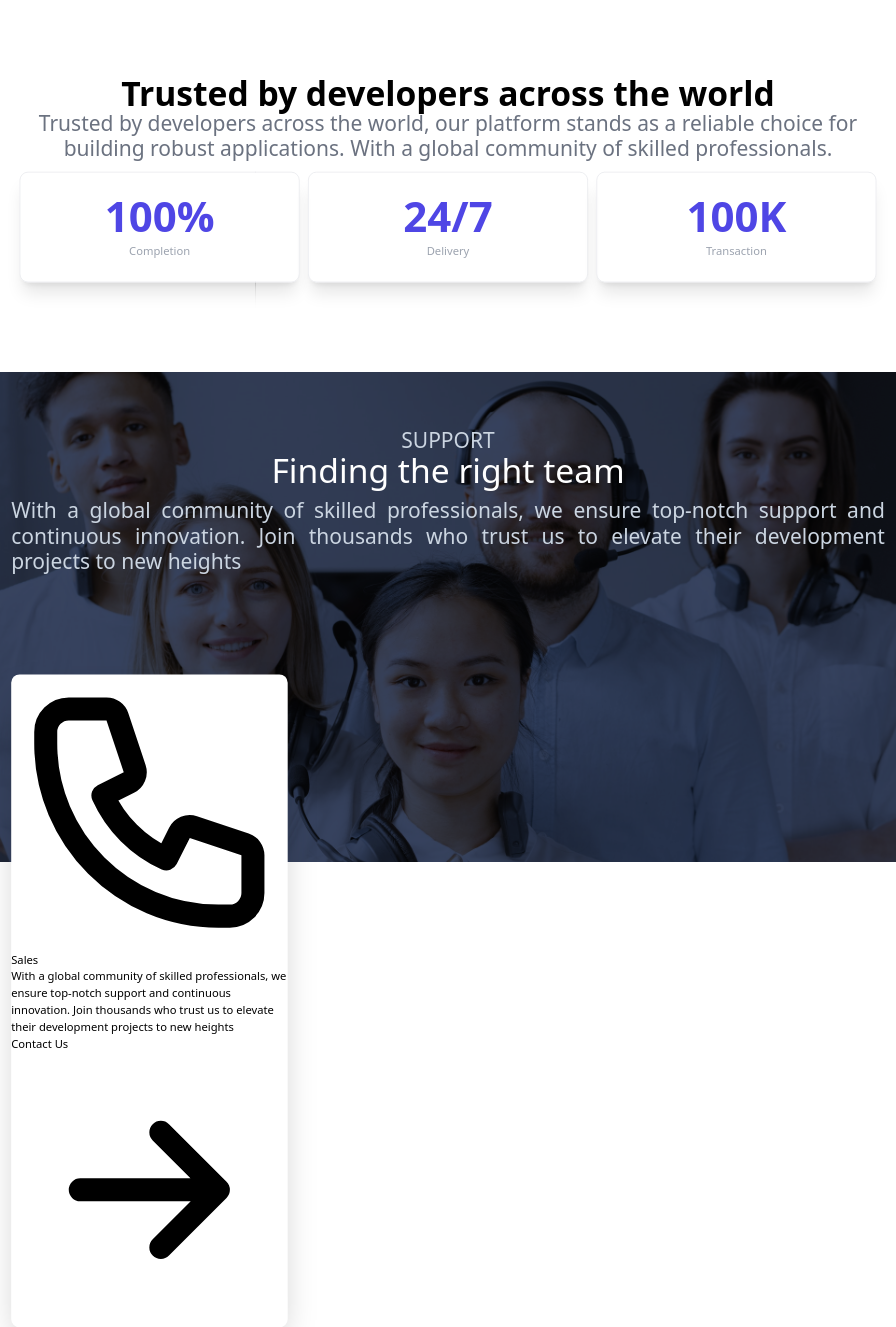
Repository: adrcstro/react-project-2
Page: /
These files come from the project's save history. The page is drawn as it stood at one moment and after the next save; the edit follows.
The browser window is 1280 px wide. The pictures show the part of the page from y = 739 to 2659 px (the page is 2635 px tall before and 2659 px after), at 70% of full size.
The project was rebuilt for these pictures with package versions that can differ from the ones it lists, and the page was loaded fresh each time.

Above is the page before, as saved 2024-08-15 20:31:06.

### src/index.js
import React from 'react';
import ReactDOM from 'react-dom/client';
import './index.css';
import App from './App';

const root = ReactDOM.createRoot(document.getElementById('root'));
root.render(

    <App />

);

### src/index.css
@tailwind base;
@tailwind components;
@tailwind utilities;

@layer base{
    li{
       @apply p-4
    }
    button{
        @apply text-white border bg-indigo-600 border-indigo-600
        hover:bg-transparent hover:text-indigo-600 rounded-md
    }
}

### src/App.js
import About from "./components/About";
import Hero from "./components/Hero";
import Navbar from "./components/Navbar";
import Support from "./components/Support";



function App() {
  return (
    <>
<Navbar/>
<Hero/>
<About />
<Support />
    </>

  );
}

export default App;

### src/components/About.jsx
import React from 'react'

function About() {
  return (
    <div className='w-full my-32'>
        <div className='max-w-[1240px] mx-auto'>
          <div className='text-center'>
            <h2 className='text-5xl font-bold'>Trusted by developers across the world</h2>
            <p className='text-3xl py6 text-gray-500 px-3'>Trusted by developers across the world, our platform stands as a reliable choice for building robust
             applications. With a global community of skilled professionals.</p>
          </div>

          <div className='grid md:grid-cols-3 gap-3 px-2 text-center mt-4'>
             <div className='border py-8 rounded-xl shadow-xl'>
              <p className='text-6xl font-bold text-indigo-600'>100%</p>
              <p className='text-gray-400 mt-2'>Completion</p>
             </div>
             <div className='border py-8 rounded-xl shadow-xl'>
              <p className='text-6xl font-bold text-indigo-600'>24/7</p>
              <p className='text-gray-400 mt-2'>Delivery</p>
             </div>
             <div className='border py-8 rounded-xl shadow-xl'>
              <p className='text-6xl font-bold text-indigo-600'>100K</p>
              <p  className='text-gray-400 mt-2'>Transaction</p>
             </div>
          </div>
        </div>
    </div>
  )
}

export default About

### src/components/Hero.jsx
import React from 'react'
import {
  CloudUploadIcon,
  DatabaseIcon,
  PaperAirplaneIcon,
  ServerIcon,
} from '@heroicons/react/solid'

import bgImg from '../assets/cyber-bg.png'

function Hero() {
  return (
    <div className='w-full h-screen bg-zinc-200 flex flex-col justify-between'>
<div className='grid md:grid-cols-2 max-w-[1240px] m-auto'>
       <div className='flex flex-col justify-center md:items-start w-full px-2 py-8'>
        <p className='text-2xl'>Unique Sequencing & Production</p>
        <h1 className='py-3 text-5xl md:text-7xl font-bold'>Cloud Management</h1>
        <p className='text-2xl'>This is our Tech brand</p>
        <button className='py-3 px-6 sm:w-[60%] my-4 '>Get Started</button>
       </div>
       <div>
    <img className='w-full' src={bgImg} alt='/' />
       </div>
<div className='absolute flex flex-col py-8 md:min-w-[760px] bottom-[5%] mx-1 md:left-1/2
transform md:-translate-x-1/2 bg-zinc-200 border border-slate-300 rounded-xl text-center shadow-xl'>
  <p>Data Services</p>
  <div className='flex justify-between flex-wrap px-4'>
    <p className='flex px-4 py-2 text-slate-500'><CloudUploadIcon className='h-6 text-indigo-600' /> App Security</p>
    <p className='flex px-4 py-2 text-slate-500'><DatabaseIcon className='h-6 text-indigo-600' /> Dashboard</p>
    <p className='flex px-4 py-2 text-slate-500'><PaperAirplaneIcon className='h-6 text-indigo-600' /> Cloud Data</p>
    <p className='flex px-4 py-2 text-slate-500'><ServerIcon className='h-6 text-indigo-600' /> API</p>
  </div>
</div>
</div>
    </div>
  )
}

export default Hero

### src/components/Navbar.jsx
import React ,{useState} from 'react'
import {MenuIcon, XIcon} from '@heroicons/react/outline'

function Navbar() {

const [nav, setNav] = useState(false)
const handleClick = () => setNav(!nav)



  return (
    <div className='w-screen h-[80px] z-10 bg-zinc-200 fixed drop-shadow-lg'>
    <div className='px-2 flex justify-between items-center  w-full h-full'>
<div className='flex items-center'>
  <h1 className='text-3xl font-bold mr-4 sm:text-4xl'>BRANS.</h1>
  <ul className='hidden  md:flex'>
<li>Home</li>
<li>About</li>
<li>Support</li>
<li>Platforms</li>
<li>Pricing</li>
  </ul>
</div>
<div className='hidden md:flex pr-4'>
  <button className='border-none bg-transparent text-black mr-4'>Sign In</button>
  <button className='px-8 py-3'>Sign Up</button>
</div>

    <div  className='md:hidden' onClick={handleClick}>
    {!nav ? <MenuIcon className="w-5"/> : <XIcon className='w-5'/>}

    </div>
    </div>
<ul className={!nav ? 'hidden' : 'absolute bg-zinc-200 w-full px-8'}>
<li className='border-b-2 border-zinc-300 w-full'>Home</li>
<li className='border-b-2 border-zinc-300 w-full'>About</li>
<li className='border-b-2 border-zinc-300 w-full'>Support</li>
<li className='border-b-2 border-zinc-300 w-full'>Platforms</li>
<li className='border-b-2 border-zinc-300 w-full'>Pricing</li>
<div className='flex flex-col my-4'>
<button className='bg-transparent  text-indigo-600 px-8 py-3 mb-4'>Sign In</button>
<button className='px-8 py-3'>Sign Up</button>
</div>
</ul>

    </div>

  )
}

export default Navbar

### src/components/Support.jsx
import React from 'react'
import {PhoneIcon, ArrowSmRightIcon} from '@heroicons/react/outline';
import {ChipIcon, SupportIcon} from '@heroicons/react/solid'

import supportImg from '../assets/support.jpg'
function Support() {
  return (
    <div className='w-full h-screen mt-24'>
        <div className='w-full h-[700px] bg-gray-900/90 absolute'>
            <img className='w-full h-full object-cover mix-blend-overlay' src={supportImg} alt='/' />
        </div>
        <div className='w-max-w-[1240px] mx-auto text-white relative'>
            <div className='px-4 py-12'>
                <h2 className='text-3xl pt-8 text-slate-300 uppercase text-center'>Support</h2>
                <h3 className='text-5xl font-boldpy-6 text-center'>Finding the right team</h3>
                <p className='py-4 text-3xl text-slate-300 text-justify'>With a global community of skilled professionals, we ensure top-notch support and continuous innovation. Join thousands
                 who trust us to elevate their development projects to new heights</p>
            </div>


            <div className='grid grid-cols-1 lg:grid-cols-3 relative gap-x-8 gap-y-16 px-4 pt-12 sm:pt-20 text-black'>
            <div className='bg-white rounded-xl shadow-2xl'>
                 <div>
                    <PhoneIcon/>
                    <h3>Sales</h3>
                    <p>With a global community of skilled professionals, we ensure top-notch support and continuous innovation. Join thousands who trust us to elevate their development projects to new heights</p>
                 </div>
                 <div>
                    <p>Contact Us <ArrowSmRightIcon/> </p>
                 </div>
            </div>
        </div>
    </div>
    </div>
  )
}

export default Support

Loaded but not shown: public/index.html (common file); tailwind.config.js (common file)

After the next save:
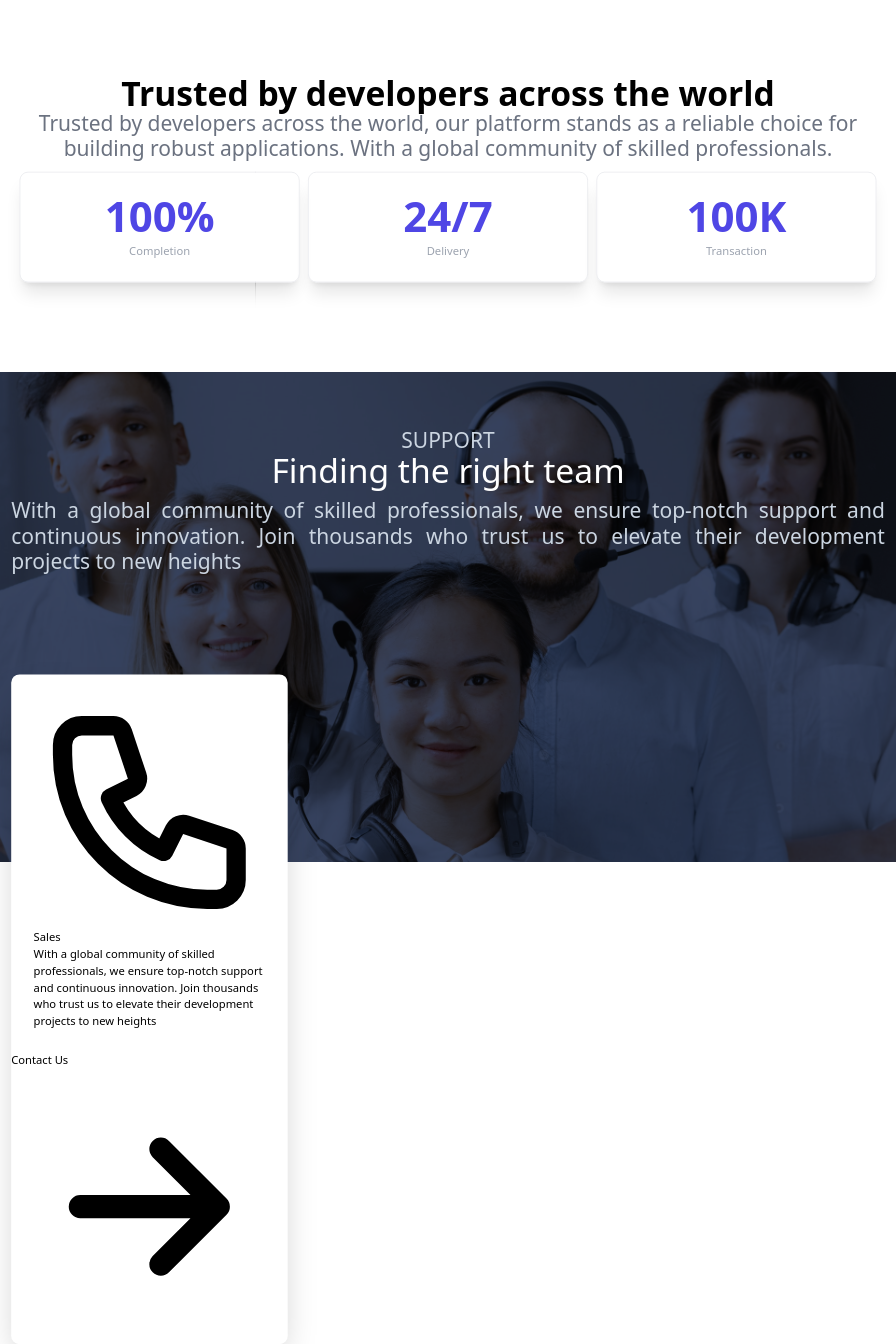
Saved 15 s later.
--- a/src/components/Support.jsx
+++ b/src/components/Support.jsx
@@ -20,7 +20,7 @@ function Support() {
 
             <div className='grid grid-cols-1 lg:grid-cols-3 relative gap-x-8 gap-y-16 px-4 pt-12 sm:pt-20 text-black'>
             <div className='bg-white rounded-xl shadow-2xl'>
-                 <div>
+                 <div className='p-8'>
                     <PhoneIcon/>
                     <h3>Sales</h3>
                     <p>With a global community of skilled professionals, we ensure top-notch support and continuous innovation. Join thousands who trust us to elevate their development projects to new heights</p>
